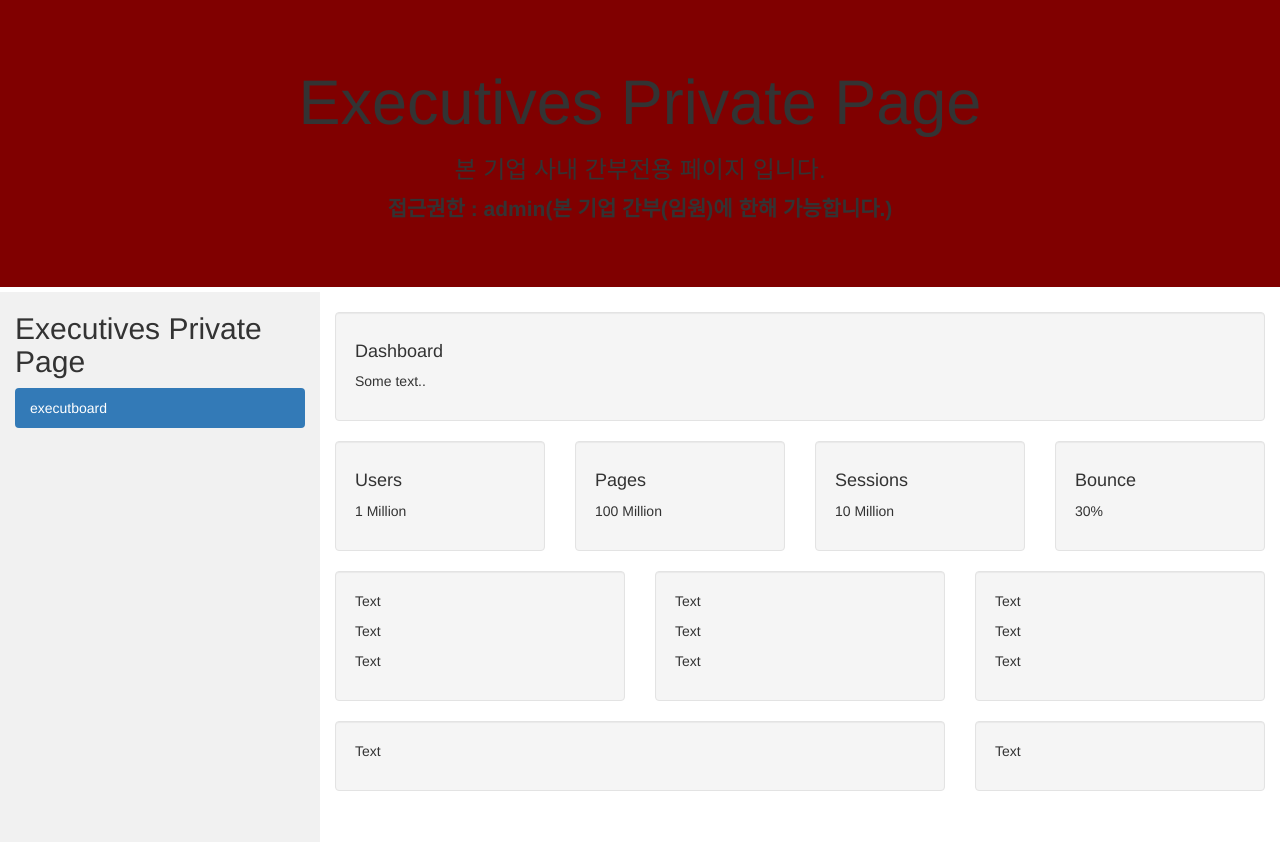
Repository: as2019a/spring
Page: http://localhost/ch19_project_mavenwebsite/WEB-INF/views/executives/maps.jsp
The author's editor kept a copy of each file at every save. The page is drawn from the files as they stood at one save, then again after the next save.
The browser window is 1280 px wide. The pictures show the whole page.
Some web libraries are served in a nearby version. The page is served by Tomcat 9. Nobody is signed in. Other server files are loaded and not shown. The template is opened directly, without the code that normally fills it, so the values that code supplies are empty.

Above is the page before, as saved 2019-01-29 08:50:12.

### ch19_project_mavenwebsite/src/main/webapp/WEB-INF/views/executives/maps.jsp
<%@ page language="java" contentType="text/html; charset=UTF-8"
    pageEncoding="UTF-8"%>
<%@ taglib prefix="c" uri="http://java.sun.com/jsp/jstl/core" %>
<!DOCTYPE html>
<html>
<head>
<meta charset="UTF-8">
<meta name="viewport"
 	  content="width=device-width, initial-scale=1">
<title>Executives Web Page</title>
<link href="https://maxcdn.bootstrapcdn.com/bootstrap/3.3.2/css/bootstrap.min.css" rel="stylesheet">
<link rel="stylesheet" href="https://use.fontawesome.com/releases/v5.5.0/css/all.css">
<style>
	.jumbotron{
		margin-bottom: 5px;
		text-align:center;
		background-clip:padding-box;
		background-color:maroon;
	}

    /* Set height of the grid so .sidenav can be 100% (adjust as needed) */
    .row.content {height: 550px}

    /* Set gray background color and 100% height */
    .sidenav {
      background-color: #f1f1f1;
      height: 100%;
    }

    /* On small screens, set height to 'auto' for the grid */
    @media screen and (max-width: 767px) {
      .row.content {height: auto;}
    }
  </style>
</head>
<body>
	<div class="jumbotron">
	    <h1> Executives Private Page</h1>
	    <h3>본 기업 사내 간부전용 페이지 입니다.</h3>
	    <p><b>접근권한 : admin(본 기업 간부(임원)에 한해 가능합니다.)</b></p>
	</div>
	<nav class="navbar navbar-inverse visible-xs">
	  <div class="container-fluid">
	    <div class="navbar-header">
	      <button type="button" class="navbar-toggle" data-toggle="collapse" data-target="#myNavbar">
	        <span class="icon-bar"></span>
	        <span class="icon-bar"></span>
	        <span class="icon-bar"></span>
	      </button>
	      <a class="navbar-brand" href="executives/onadmin">Executives Private Page</a>
	    </div>
	    <div class="collapse navbar-collapse" id="myNavbar">
	      <ul class="nav navbar-nav">
	        <li class="active"><a href="executives/executboard">executboard</a></li>
	        <li><a href="executives/"></a></li>
	        <li><a href="#"></a></li>
	        <li><a href="#"></a></li>
	      </ul>
	    </div>
	  </div>
	</nav>

	<div class="container-fluid">
	  <div class="row content">
	    <div class="col-sm-3 sidenav hidden-xs">
	      <h2>Executives Private Page</h2>
	      <ul class="nav nav-pills nav-stacked">
	        <li class="active"><a href="executives/executboard">executboard</a></li>
	        <li><a href="#section2"></a></li>
	        <li><a href="#section3"></a></li>
	        <li><a href="#section3"></a></li>
	      </ul><br>
	    </div>
	    <br>

	    <div class="col-sm-9">
	      <div class="well">
	        <h4>Dashboard</h4>
	        <p>Some text..</p>
	      </div>
	      <div class="row">
	        <div class="col-sm-3">
	          <div class="well">
	            <h4>Users</h4>
	            <p>1 Million</p>
	          </div>
	        </div>
	        <div class="col-sm-3">
	          <div class="well">
	            <h4>Pages</h4>
	            <p>100 Million</p>
	          </div>
	        </div>
	        <div class="col-sm-3">
	          <div class="well">
	            <h4>Sessions</h4>
	            <p>10 Million</p>
	          </div>
	        </div>
	        <div class="col-sm-3">
	          <div class="well">
	            <h4>Bounce</h4>
	            <p>30%</p>
	          </div>
	        </div>
	      </div>
	      <div class="row">
	        <div class="col-sm-4">
	          <div class="well">
	            <p>Text</p>
	            <p>Text</p>
	            <p>Text</p>
	          </div>
	        </div>
	        <div class="col-sm-4">
	          <div class="well">
	            <p>Text</p>
	            <p>Text</p>
	            <p>Text</p>
	          </div>
	        </div>
	        <div class="col-sm-4">
	          <div class="well">
	            <p>Text</p>
	            <p>Text</p>
	            <p>Text</p>
	          </div>
	        </div>
	      </div>
	      <div class="row">
	        <div class="col-sm-8">
	          <div class="well">
	            <p>Text</p>
	          </div>
	        </div>
	        <div class="col-sm-4">
	          <div class="well">
	            <p>Text</p>
	          </div>
	        </div>
	      </div>
	    </div>
	  </div>
	</div>
	<script src="https://code.jquery.com/jquery-3.3.1.min.js"></script>
	<script src="https://maxcdn.bootstrapcdn.com/bootstrap/3.3.2/js/bootstrap.min.js"></script>
</body>
</html>

After the next save:
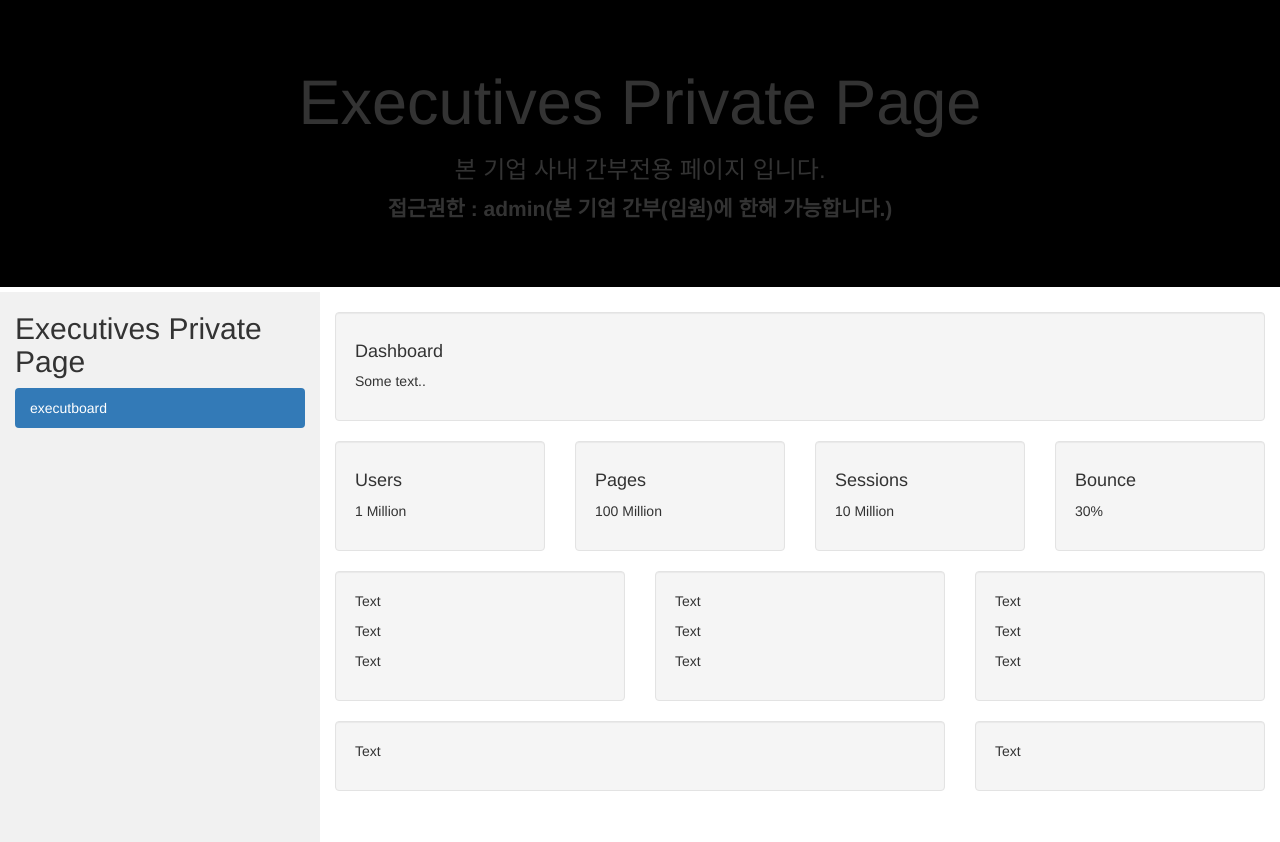
Saved 18 s later.
--- a/ch19_project_mavenwebsite/src/main/webapp/WEB-INF/views/executives/maps.jsp
+++ b/ch19_project_mavenwebsite/src/main/webapp/WEB-INF/views/executives/maps.jsp
@@ -15,7 +15,7 @@
 		margin-bottom: 5px;
 		text-align:center;
 		background-clip:padding-box;
-		background-color:maroon;
+		background-color:activeborder;
 	}
 
     /* Set height of the grid so .sidenav can be 100% (adjust as needed) */
